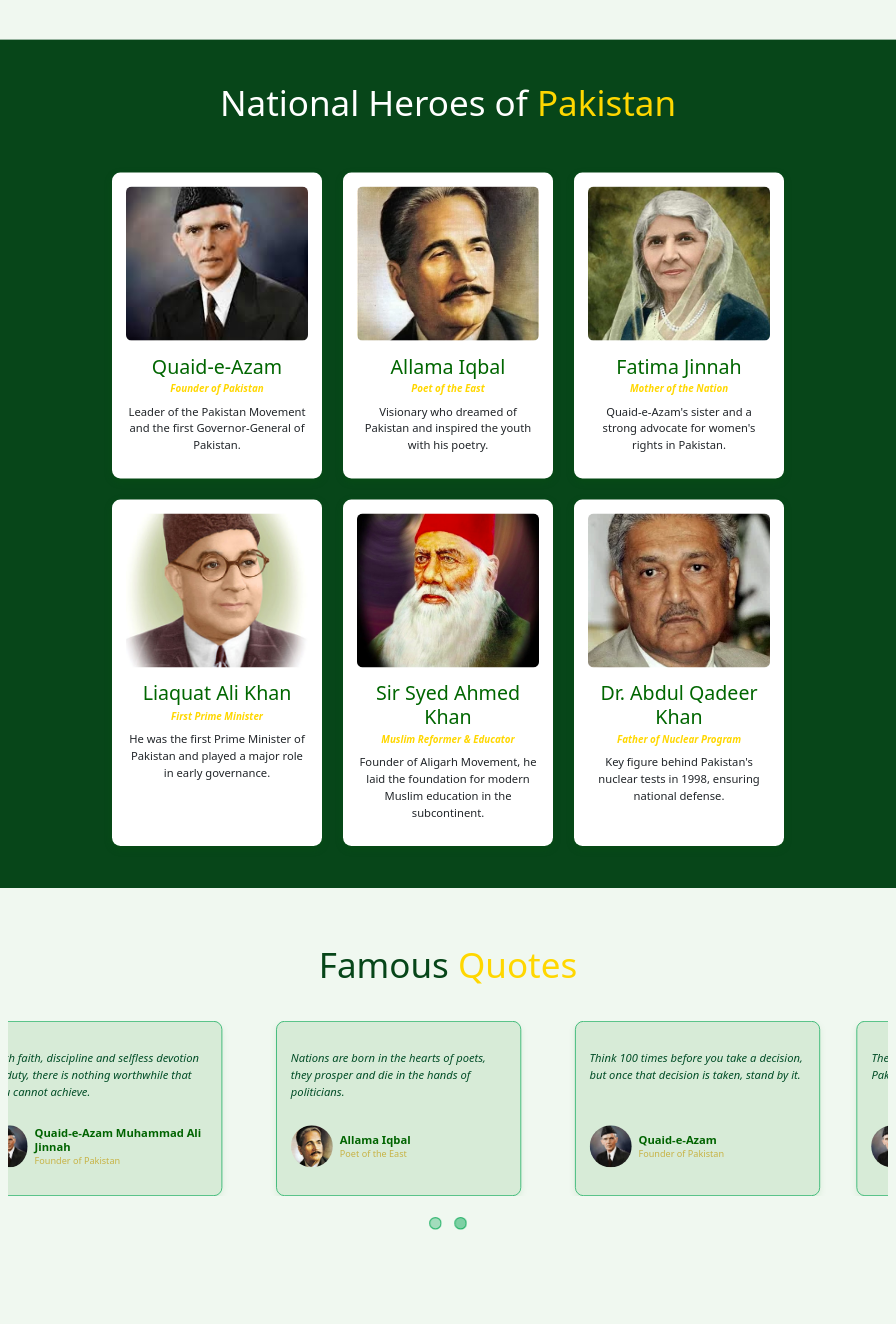
Repository: memonmuhammadali98/Pakistan-Independence-Day
Page: index.html
An editor plug-in stored every save of this project. The page is shown before and after the next save, followed by the edit.
The browser window is 1280 px wide. The pictures show the part of the page from y = 2962 to 4882 px (the page is 4854 px tall before and 4882 px after), at 70% of full size.

Above is the page before, as saved 2025-08-09 16:36:05.
Console error: TypeError: Cannot set properties of null (setting 'innerHTML')

### index.html
<!DOCTYPE html>
<html lang="en">

<head>
  <meta charset="UTF-8">
  <meta name="viewport" content="width=device-width, initial-scale=1.0">
  <title>Independence Day</title>
  <!-- External CSS -->
  <link rel="stylesheet" href="./style.css">
  <!-- Bootstrap CDN -->
  <link href="https://cdn.jsdelivr.net/npm/bootstrap@5.3.7/dist/css/bootstrap.min.css" rel="stylesheet"
    integrity="sha384-LN+7fdVzj6u52u30Kp6M/trliBMCMKTyK833zpbD+pXdCLuTusPj697FH4R/5mcr" crossorigin="anonymous">
  <script src="https://cdn.jsdelivr.net/npm/bootstrap@5.3.7/dist/js/bootstrap.bundle.min.js"
    integrity="sha384-ndDqU0Gzau9qJ1lfW4pNLlhNTkCfHzAVBReH9diLvGRem5+R9g2FzA8ZGN954O5Q"
    crossorigin="anonymous"></script>
</head>

<body>
  <!-- Navbar Starts -->
  <nav class="navbar navbar-expand-lg navbar">
    <div class="container-fluid">
      <a class="navbar-brand" href="#">
        <img src="./Assets/logo-removebg-preview (1).png" alt="Logo" width="70px" height="50px">
      </a>
      <button class="navbar-toggler" type="button" data-bs-toggle="collapse" data-bs-target="#navbarSupportedContent"
        aria-controls="navbarSupportedContent" aria-expanded="false" aria-label="Toggle navigation">
        <span class="navbar-toggler-icon"></span>
      </button>
      <div class="collapse navbar-collapse" id="navbarSupportedContent">
        <ul class="navbar-nav me-auto ms-auto gap-5 mb-2 mb-lg-0 f-s-5">
          <li class="nav-item">
            <a class="nav-link active" aria-current="page" href="#">Home</a>
          </li>
          <li class="nav-item">
            <a class="nav-link active" href="#">About</a>
          </li>
          <li class="nav-item">
            <a class="nav-link active" aria-disabled="true">History</a>
          </li>
          <li class="nav-item">
            <a class="nav-link active" aria-disabled="true">Gallery</a>
          </li>
          <li class="nav-item">
            <a class="nav-link active" aria-disabled="true">Stories</a>
          </li>
        </ul>
        <form class="d-flex" role="search">
          <button class="btn" type="submit">Search</button>
        </form>
      </div>
    </div>
  </nav>
  <!-- Navbar Ends -->

  <!-- Hero Section Starts -->
  <!-- <section class="hero-section">
    <h1>Countdown to 14th August</h1>
    <div id="countdown"></div>
    <div id="message"></div>

    <div id="fireworks" class="firework-container" style="display: none;">
    <div class="firework"></div>
    <div class="firework"></div>
    <div class="firework"></div>
  </div>

  <div id="baaja-left" class="baaja">
    <img src="./Assets/Baja.png" alt="Baaja" width="300px">
  </div>
  <div id="baaja-right" class="baaja">
    <img src="./Assets/Baja-right.png" alt="Baja" width="300px">
  </div>

  </section> -->
  <!-- Hero Section Ends -->


  <!-- About Section Starts -->
  <!-- <section class="about-section">
    <div class="container">
    <h2>About Independence Day</h2>
    <p>
      Every year on <strong>14th August</strong>, Pakistan celebrates its Independence Day with great pride and honor.
      It marks the day when Pakistan became a sovereign nation in <strong> 1947</strong>. The day is a symbol of freedom, sacrifices, and the efforts of our leaders and ancestors who made this country possible.
    </p>
    <p>
      We celebrate with parades, flags, lights, and unity reminding ourselves of the values of peace, hard work, and patriotism.
    </p>
  </div>
   </section> -->


  <!-- HERO SECTION STARTS -->
  <section class="hero-section">
    <div class="hero-text">
      <h1>Celebrating Freedom Honoring <span style="color: gold;">Sacrifice</span></h1>
      <p>On this 14th August, let's remember the heroes who gave us independence and strive for a better Pakistan.</p>
      <button>Explore Our Journey</button>
    </div>
    <div class="hero-img">
      <img src="./Assets/hero-img.png" alt="Hero img" class="hero-img-1">
      <!-- <img src="./Assets/hero-img-2.png" alt="Hero img 2" class="Hero-img-2">
      <img src="./Assets/Hero-img-3.png" alt="Hero img 3" class="Hero-img-3"> -->
    </div>
  </section>
  <!-- HERO SECTION ENDS -->

  <!-- ABOUT SECTION STARTS -->
  <section class="about-section">
    <h2>About <span style="color: gold;">Pakistan</span></h2>
    <div class="about-container">
      <div class="about-img">
        <div class="flag-wrapper">
          <div class="flag">
            <div class="white-part"></div>
            <div class="green-part">
              <div class="crescent"></div>
              <div class="star"></div>
            </div>
          </div>
        </div>
      </div>
      <div class="about-text">
        <p>
          Pakistan is a country rich in history, culture, and natural beauty. From the majestic mountains of the north
          to the vast deserts in the south, it is a land of diversity and tradition. The people of Pakistan are known
          for their hospitality, resilience, and deep-rooted values. With a vision for progress and unity, Pakistan
          continues to grow while honoring its heritage and identity.
        </p>
      </div>
    </div>
  </section>
  <!-- ABOUT SECTION ENDS -->

  <!-- HISTORY SECTION STARTS -->
  <section class="history-section">
    <h2>Pakistan's Historical <span style="color: gold;">Journey</span></h2>
    <div class="timeline">

      <div class="timeline-item">
        <span class="year">1857 🔥</span>
        <h3>First War of Independence</h3>
        <p>The First War of Independence began, igniting the spark for freedom from British rule.</p>
      </div>

      <div class="timeline-item">
        <span class="year">1906 🕌</span>
        <h3>Formation of Muslim League</h3>
        <p>The All-India Muslim League was founded to represent Muslim interests in British India.</p>
      </div>

      <div class="timeline-item">
        <span class="year">1940 📜</span>
        <h3>Lahore Resolution</h3>
        <p>The Pakistan Resolution was passed in Lahore, demanding a separate homeland for Muslims.</p>
      </div>

      <div class="timeline-item">
        <span class="year">1947 🕊️</span>
        <h3>Independence of Pakistan</h3>
        <p>Pakistan gained independence on August 14 under the leadership of Quaid-e-Azam Muhammad Ali Jinnah.</p>
      </div>

      <div class="timeline-item">
        <span class="year">1956 📖</span>
        <h3>First Constitution</h3>
        <p>Pakistan became the Islamic Republic by adopting its first constitution on March 23.</p>
      </div>

      <div class="timeline-item">
        <span class="year">1965 ⚔️</span>
        <h3>Second War with India</h3>
        <p>Pakistan and India fought a war over Kashmir, ending with the Tashkent Agreement.</p>
      </div>

      <div class="timeline-item">
        <span class="year">1971 💔</span>
        <h3>Fall of Dhaka</h3>
        <p>The separation of East Pakistan led to the creation of Bangladesh after civil war.</p>
      </div>

      <div class="timeline-item">
        <span class="year">1973 🏛️</span>
        <h3>New Constitution</h3>
        <p>A new constitution was passed, establishing a parliamentary system in Pakistan.</p>
      </div>

      <div class="timeline-item">
        <span class="year">1998 💣</span>
        <h3>Nuclear Tests</h3>
        <p>Pakistan conducted successful nuclear tests in Chaghi, becoming the 7th nuclear power in the world.</p>
      </div>

    </div>
  </section>
  <!-- HISTORY SECTION ENDS -->

  <!-- NATIONAL HERO SECTION STARTS -->
   <section class="national-hero-section">
  <h2>National Heroes of <span style="color: gold;">Pakistan</span></h2>
  <div class="national-hero-cards">

    <div class="national-hero-card">
      <img src="assets/Quaid-img.jpeg" alt="Quaid-e-Azam">
      <h3>Quaid-e-Azam</h3>
      <p class="title">Founder of Pakistan</p>
      <p>Leader of the Pakistan Movement and the first Governor-General of Pakistan.</p>
    </div>

    <div class="national-hero-card">
      <img src="assets/Allama-Iqbal-img.webp" alt="Allama Iqbal">
      <h3>Allama Iqbal</h3>
      <p class="title">Poet of the East</p>
      <p>Visionary who dreamed of Pakistan and inspired the youth with his poetry.</p>
    </div>

    <div class="national-hero-card">
      <img src="assets/fatima-jinnah.jpg" alt="Fatima Jinnah">
      <h3>Fatima Jinnah</h3>
      <p class="title">Mother of the Nation</p>
      <p>Quaid-e-Azam's sister and a strong advocate for women's rights in Pakistan.</p>
    </div>

    <div class="national-hero-card">
      <img src="assets/Liaquat-Ali-Khan-img.jpg" alt="Allama Iqbal">
      <h3>Liaquat Ali Khan</h3>
      <p class="title">First Prime Minister</p>
      <p>He was the first Prime Minister of Pakistan and played a major role in early governance.</p>
    </div>

    <div class="national-hero-card">
      <img src="assets/Sir-Syed-Ahmed-Khan-img.webp" alt="Allama Iqbal">
      <h3>Sir Syed Ahmed Khan</h3>
      <p class="title">Muslim Reformer & Educator</p>
      <p>Founder of Aligarh Movement, he laid the foundation for modern Muslim education in the subcontinent.</p>
    </div>

    <div class="national-hero-card">
      <img src="assets/Abdul-Qadeer-Khan-img.webp" alt="Dr. Abdul Qadeer Khan">
      <h3>Dr. Abdul Qadeer Khan</h3>
      <p class="title">Father of Nuclear Program</p>
      <p>Key figure behind Pakistan's nuclear tests in 1998, ensuring national defense.</p>
    </div>

  </div>
</section>


<!-- Quote Section Starts -->
   <div class="quote-section container-xxl">
      <h2>Famous <span style="color: gold;">Quotes</span></h2>

  <div id="testimonialCarousel" class="carousel slide" data-bs-ride="carousel">

    <div class="carousel-inner" id="carouselContent"></div>

    <div class="carousel-indicators justify-content-center mt-3" id="carouselIndicators"></div>
  </div>


<div id="allTestimonialCards" class="d-none">

            <div class="testi-card-1">
      <div class="testi-para">
        <p>With faith, discipline and selfless devotion to duty, there is nothing worthwhile that you cannot achieve.</p>
      </div>
      <div class="testi-intro">
        <img src="./Assets/Quaid-img.jpeg" alt="pfp" class="testi-pfp">
        <div class="testi-intro-text">
          <h3>Quaid-e-Azam Muhammad Ali Jinnah</h3>
          <span style="color: rgb(198, 178, 68);;">Founder of Pakistan</span>
        </div>
      </div>

    </div>


          <div class="testi-card-1">
      <div class="testi-para">
        <p>Nations are born in the hearts of poets, they prosper and die in the hands of politicians.</p>
      </div>
      <div class="testi-intro">
        <img src="./Assets/Allama-Iqbal-img.webp" alt="pfp" class="testi-pfp">
        <div class="testi-intro-text">
          <h3>Allama Iqbal</h3>
          <span style="color: rgb(198, 178, 68);;">Poet of the East</span>
        </div>
      </div>
     </div>


          <div class="testi-card-1">
      <div class="testi-para">
        <p>Think 100 times before you take a decision, but once that decision is taken, stand by it.</p>
      </div>
      <div class="testi-intro">
        <img src="./Assets/Quaid-img.jpeg" alt="pfp" class="testi-pfp">
        <div class="testi-intro-text">
          <h3>Quaid-e-Azam</h3>
          <span style="color: rgb(198, 178, 68);;">Founder of Pakistan</span>
        </div>
      </div>
     </div>


          <div class="testi-card-1">
      <div class="testi-para">
        <p>There is no power on earth that can undo Pakistan.</p>
      </div>
      <div class="testi-intro">
        <img src="./Assets/Quaid-img.jpeg" alt="pfp" class="testi-pfp">
        <div class="testi-intro-text">
          <h3>Muhammad Ali Jinnah</h3>
          <span style="color: rgb(198, 178, 68);">Founder of Pakistan</span>
        </div>
      </div>
     </div>
</div>
</div>
 <!-- Quote Section Ends -->





  <script>
    // Set the target date (14 August of current year OR test with few seconds from now)
    var now = new Date();
    var year = now.getFullYear();

    // For demo/testing: trigger after 5 seconds
    var targetDate = new Date(new Date().getTime() + 5000);

    // Countdown and elements
    var countdown = document.getElementById("countdown");
    var message = document.getElementById("message");
    var leftBaaja = document.getElementById("baaja-left");
    var rightBaaja = document.getElementById("baaja-right");

    var timer = setInterval(function () {
      var currentTime = new Date().getTime();
      var timeLeft = targetDate.getTime() - currentTime;

      if (timeLeft <= 0) {
        clearInterval(timer);
        countdown.innerHTML = "";
        message.innerHTML = "Happy Independence Day Pakistan!";
        message.classList.add("message-animate");

        // Show fireworks and baajas
        document.getElementById("fireworks").style.display = "block";
        leftBaaja.style.display = "block";
        rightBaaja.style.display = "block";

        // Slide in animation
        leftBaaja.classList.add("slideInLeft");
        rightBaaja.classList.add("slideInRight");

        // After sliding, add continuous bounce
        leftBaaja.addEventListener("animationend", function () {
          leftBaaja.classList.add("bounce");
        });

        rightBaaja.addEventListener("animationend", function () {
          rightBaaja.classList.add("bounce");
        });

      } else {
        var days = Math.floor(timeLeft / (1000 * 60 * 60 * 24));
        var hours = Math.floor((timeLeft % (1000 * 60 * 60 * 24)) / (1000 * 60 * 60));
        var minutes = Math.floor((timeLeft % (1000 * 60 * 60)) / (1000 * 60));
        var seconds = Math.floor((timeLeft % (1000 * 60)) / 1000);

        countdown.innerHTML =
          days + "d " + hours + "h " + minutes + "m " + seconds + "s ";
      }
    }, 1000);
  </script>

  <script>
    <!-- Testimonial JS Starts -->
function getCardsPerSlide() {
  if (window.innerWidth >= 992) return 3; // large screen
  if (window.innerWidth >= 768) return 2; // medium
  return 1; // small
}

function buildCarousel() {
  const allCards = Array.from(document.querySelectorAll('#allTestimonialCards .testi-card-1'));
  const carouselInner = document.getElementById('carouselContent');
  const indicators = document.getElementById('carouselIndicators');
  const cardsPerSlide = getCardsPerSlide();

  carouselInner.innerHTML = '';
  indicators.innerHTML = '';

  let slides = [];

  if (cardsPerSlide === 3 && allCards.length === 4) {
    // Large screen: avoid solo card
    slides = [
      [0, 1, 2], // Slide 1
      [3, 0, 1]  // Slide 2
    ];
  } else {
    // Normal grouping
    for (let i = 0; i < allCards.length; i += cardsPerSlide) {
      const group = [];
      for (let j = 0; j < cardsPerSlide; j++) {
        const index = i + j;
        if (index < allCards.length) {
          group.push(index);
        }
      }
      slides.push(group);
    }
  }

  slides.forEach((group, slideIndex) => {
    const slide = document.createElement('div');
    slide.classList.add('carousel-item');
    if (slideIndex === 0) slide.classList.add('active');

    const row = document.createElement('div');
    row.classList.add('row', 'g-4' ,'justify-content-center');

    group.forEach(index => {
      const col = document.createElement('div');
      if (cardsPerSlide === 3) {
  col.className = 'col-lg-4';
} else if (cardsPerSlide === 2) {
  col.className = 'col-md-6';
} else {
  col.className = 'col-12 d-flex justify-content-center'; // ✅ fix for small screens
}
      col.appendChild(allCards[index].cloneNode(true));
      row.appendChild(col);
    });

    slide.appendChild(row);
    carouselInner.appendChild(slide);

    const dot = document.createElement('button');
    dot.setAttribute('type', 'button');
    dot.setAttribute('data-bs-target', '#testimonialCarousel');
    dot.setAttribute('data-bs-slide-to', slideIndex);
    dot.setAttribute('aria-label', `Slide ${slideIndex + 1}`);
    if (slideIndex === 0) {
      dot.classList.add('active');
      dot.setAttribute('aria-current', 'true');
    }
    indicators.appendChild(dot);
  });
}

window.addEventListener('DOMContentLoaded', buildCarousel);
window.addEventListener('resize', buildCarousel);
  </script>

</body>

</html>

Loaded but not shown: style.css (687 lines, source omitted)

After the next save:
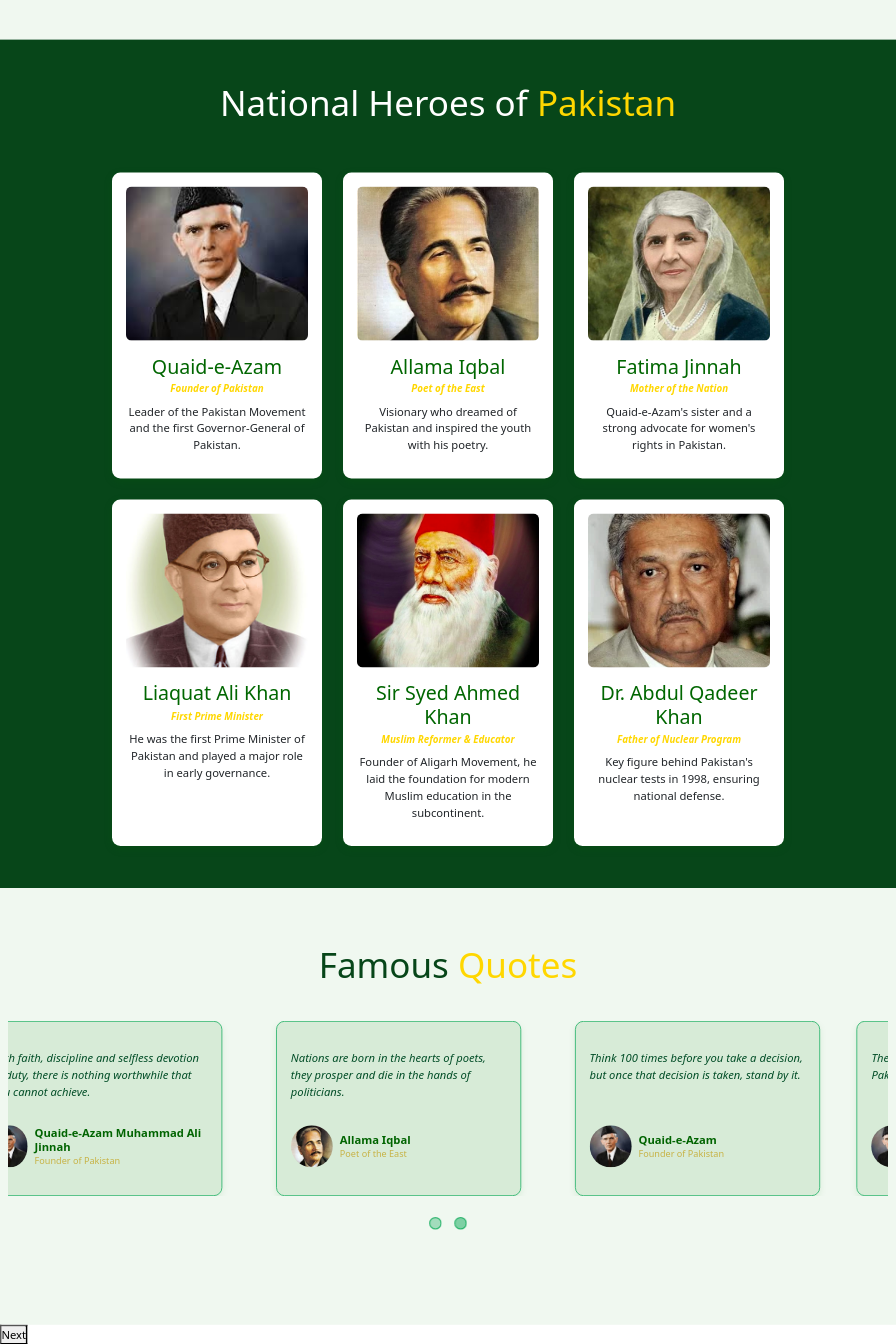
Saved 5 min 13 s later.
--- a/index.html
+++ b/index.html
@@ -319,7 +319,19 @@
 </div>
  <!-- Quote Section Ends -->
 
-
+ <div class="quiz-container" id="quiz">
+  <div id="quiz-content">
+    <div class="question" id="question"></div>
+    <div class="options" id="options"></div>
+    <button onclick="nextQuestion()">Next</button>
+  </div>
+  <div id="result" style="display:none;"></div>
+  <div id="certificate-section" style="display:none;">
+    <h3>Get Your Certificate</h3>
+    <input type="text" id="username" placeholder="Enter your name">
+    <button onclick="generateCertificate()">Download Certificate</button>
+  </div>
+</div>
 
 
 
